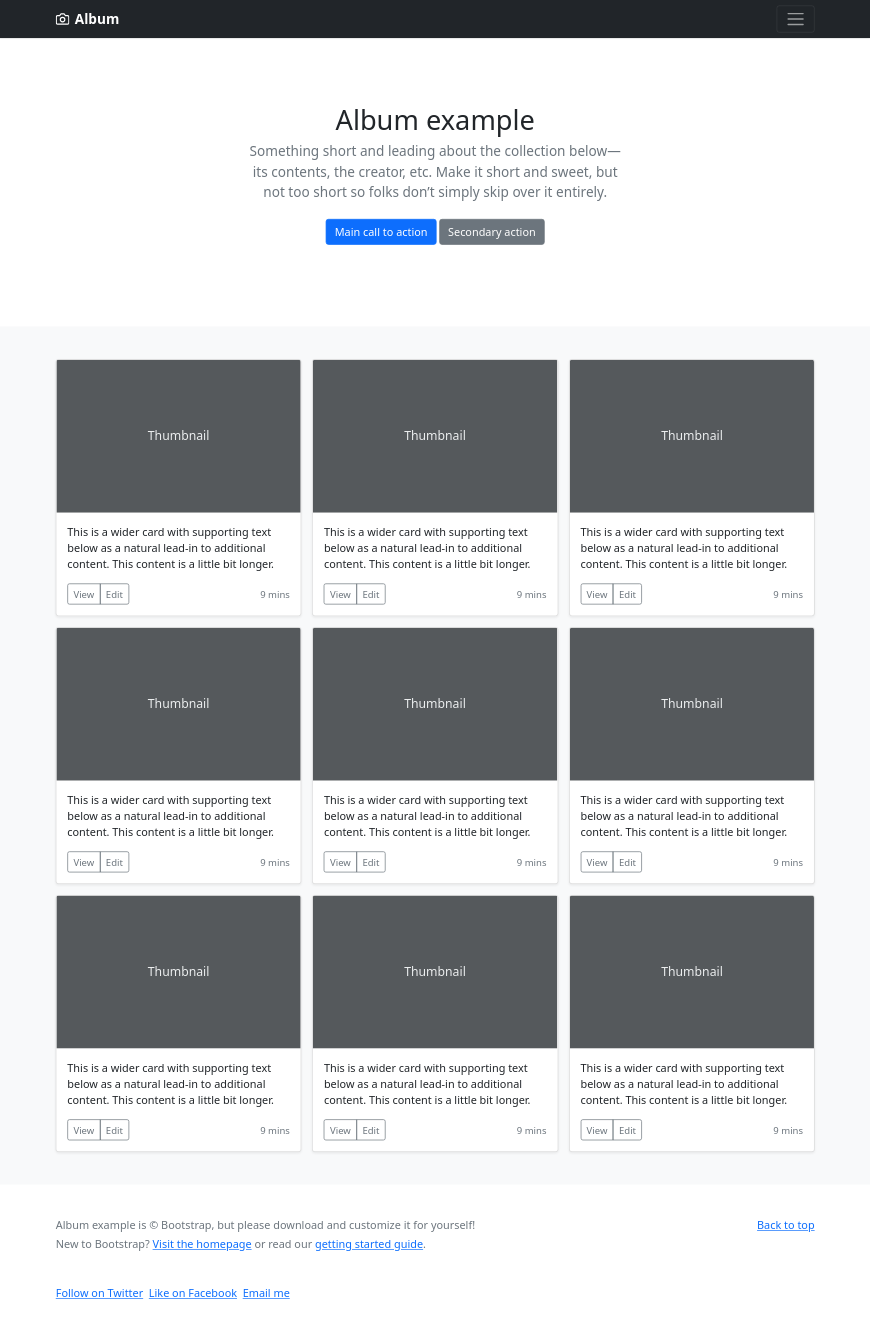
Repository: harshi93/pythonProjects
Page: http://localhost/jobs
These files come from the project's save history. The page is drawn as it stood at one moment and after the next save; the edit follows.
The browser window is 1280 px wide. The pictures show the whole page, at 68% of full size.
The page is served by the project's application, run on Django 3.2 (manage.py).

Above is the page before, as saved 2021-07-29 23:23:18.

After the next save:
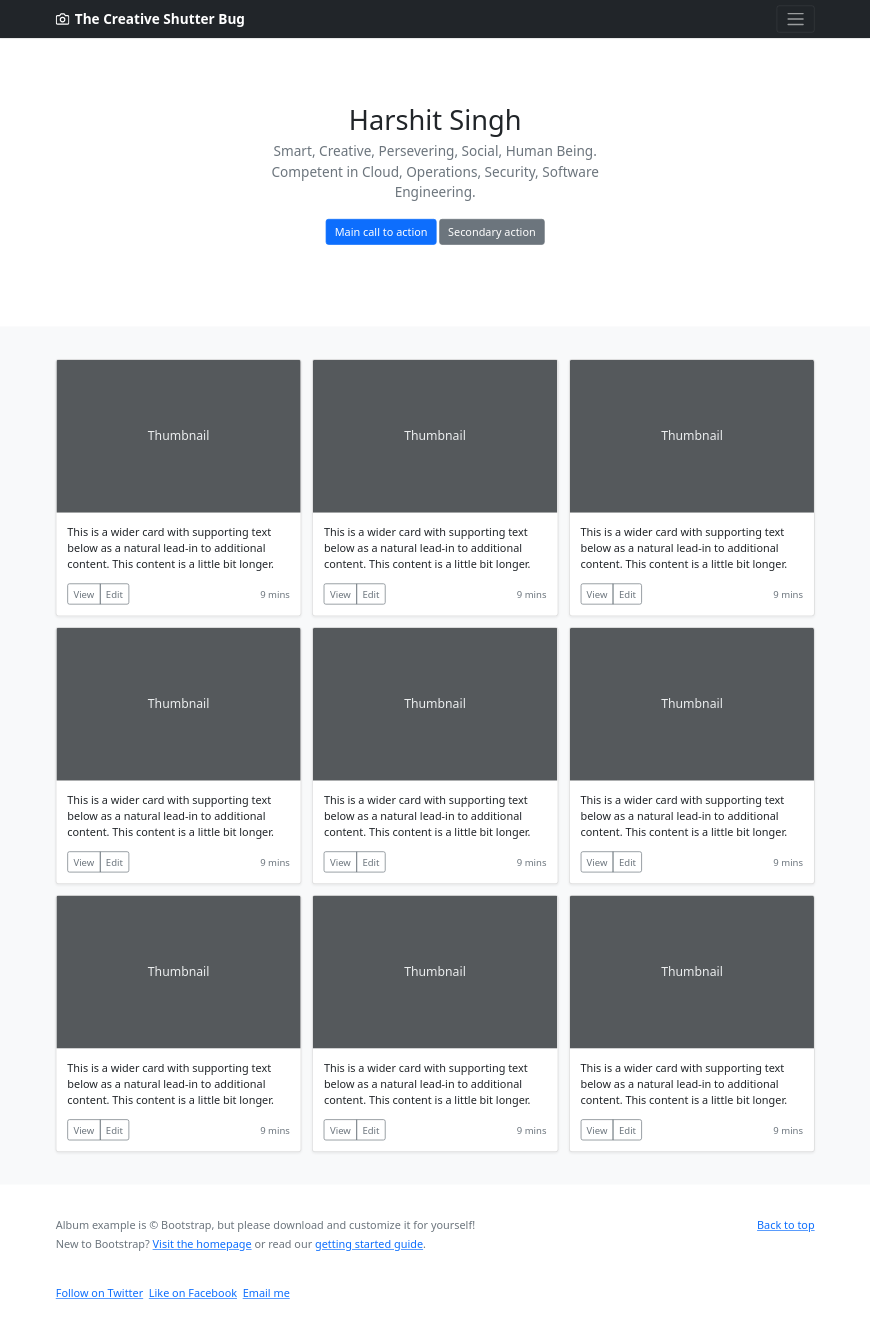
Saved 6 min 40 s later.
--- a/portfolio/jobs/templates/experience/exp.html
+++ b/portfolio/jobs/templates/experience/exp.html
@@ -60,7 +60,7 @@
     <div class="container">
       <a href="#" class="navbar-brand d-flex align-items-center">
         <svg xmlns="http://www.w3.org/2000/svg" width="20" height="20" fill="none" stroke="currentColor" stroke-linecap="round" stroke-linejoin="round" stroke-width="2" aria-hidden="true" class="me-2" viewBox="0 0 24 24"><path d="M23 19a2 2 0 0 1-2 2H3a2 2 0 0 1-2-2V8a2 2 0 0 1 2-2h4l2-3h6l2 3h4a2 2 0 0 1 2 2z"/><circle cx="12" cy="13" r="4"/></svg>
-        <strong>Album</strong>
+        <strong>The Creative Shutter Bug</strong>
       </a>
       <button class="navbar-toggler" type="button" data-bs-toggle="collapse" data-bs-target="#navbarHeader" aria-controls="navbarHeader" aria-expanded="false" aria-label="Toggle navigation">
         <span class="navbar-toggler-icon"></span>
@@ -74,8 +74,8 @@
   <section class="py-5 text-center container">
     <div class="row py-lg-5">
       <div class="col-lg-6 col-md-8 mx-auto">
-        <h1 class="fw-light">Album example</h1>
-        <p class="lead text-muted">Something short and leading about the collection below—its contents, the creator, etc. Make it short and sweet, but not too short so folks don’t simply skip over it entirely.</p>
+        <h1 class="fw-light">Harshit Singh</h1>
+        <p class="lead text-muted">Smart, Creative, Persevering, Social, Human Being. Competent in Cloud, Operations, Security, Software Engineering.</p>
         <p>
           <a href="#" class="btn btn-primary my-2">Main call to action</a>
           <a href="#" class="btn btn-secondary my-2">Secondary action</a>
